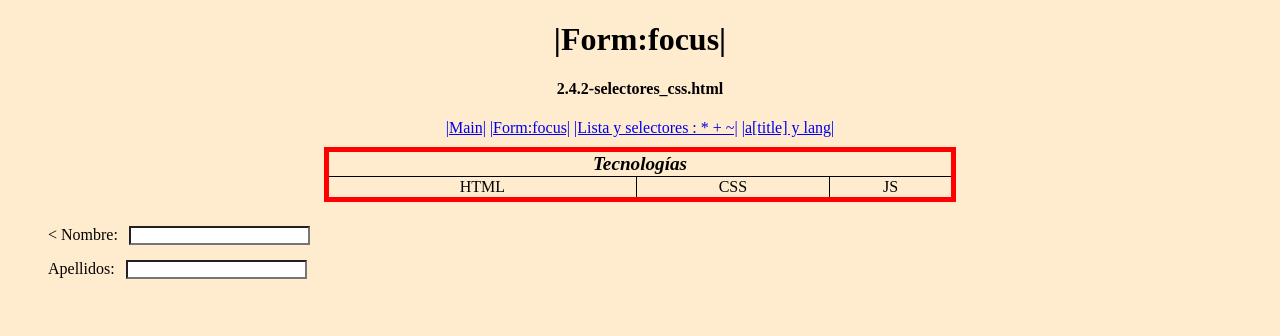
Repository: cesarsant0203/My_Study
Page: Introducción al desarrollo web/2-Css/2.4.2-selectores_css.html
These files come from the project's save history. The page is drawn as it stood at one moment and after a run of saves; the edit follows.
The browser window is 1280 px wide. The pictures show the whole page.

Above is the page before, as saved 2020-04-28 17:15:01.

After the next 2 saves:
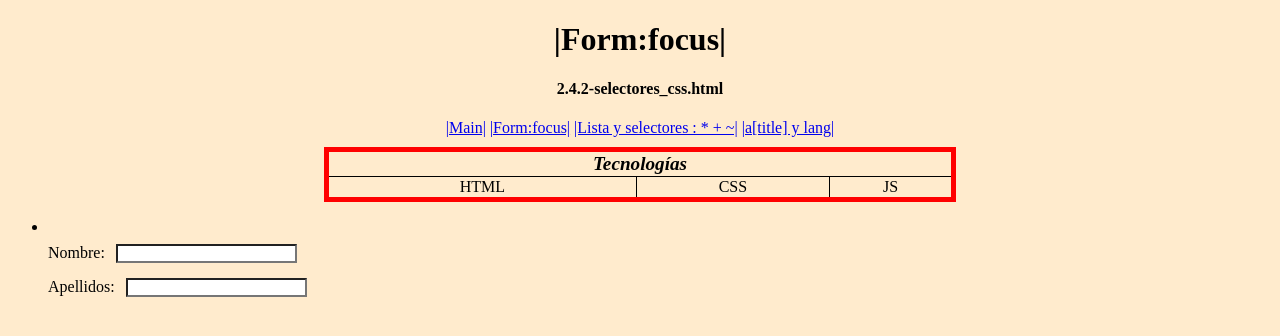
The 2 saves are shown as one change because they came seconds apart.
The last was saved 16 s later.
--- a/Introducción al desarrollo web/2-Css/2.4.2-selectores_css.html
+++ b/Introducción al desarrollo web/2-Css/2.4.2-selectores_css.html
@@ -36,7 +36,7 @@
     <article>
         <form action="...">
             <ul>
-                <
+                <li></li>
                 <label for="name">Nombre:</label>
                 <input type="text" id="name"/>
                 <br/>
